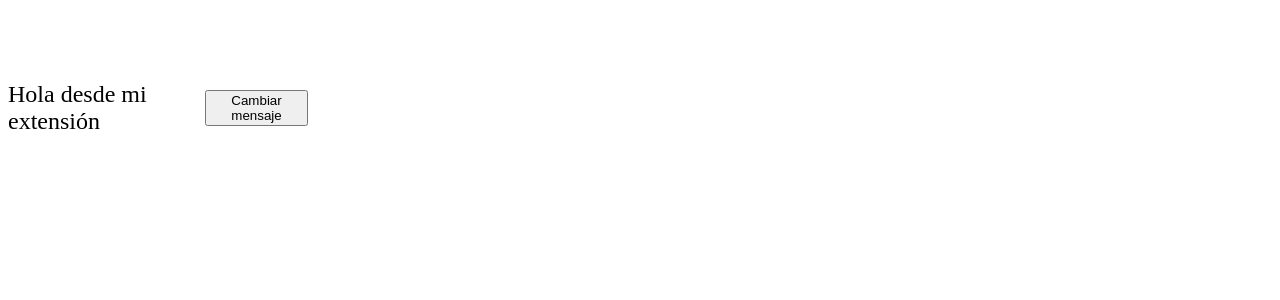
Repository: isaacseijas7/extensi-n-web-scraping
Page: popup.html
An editor plug-in stored every save of this project. The page is shown before and after a run of saves, followed by the edit.
The browser window is 1280 px wide. The pictures show the whole page.

Above is the page before, as saved 2024-01-17 17:41:29.

After the next 2 saves:
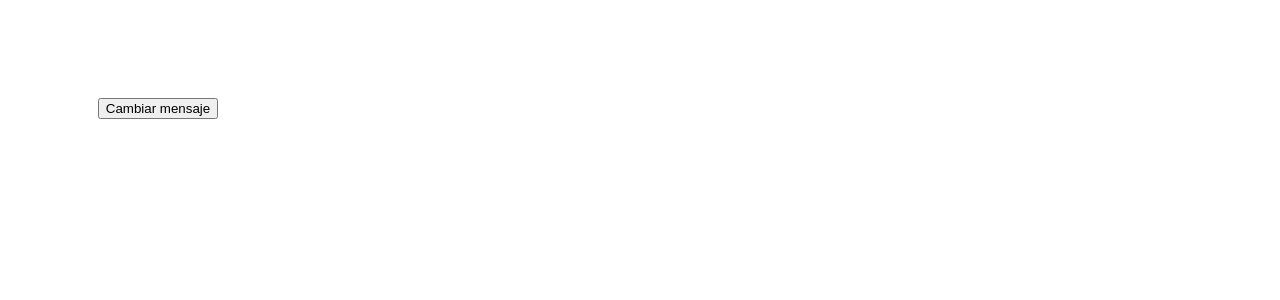
The 2 saves are shown as one change because they came seconds apart.
The last was saved 9 s later.
--- a/popup.html
+++ b/popup.html
@@ -15,10 +15,7 @@
     </style>
   </head>
   <body>
-    <div>Hola desde mi extensión</div>
-
     <button id="cambiar-mensaje">Cambiar mensaje</button>
-
     <script src="my_script.js"></script>
   </body>
 </html>
